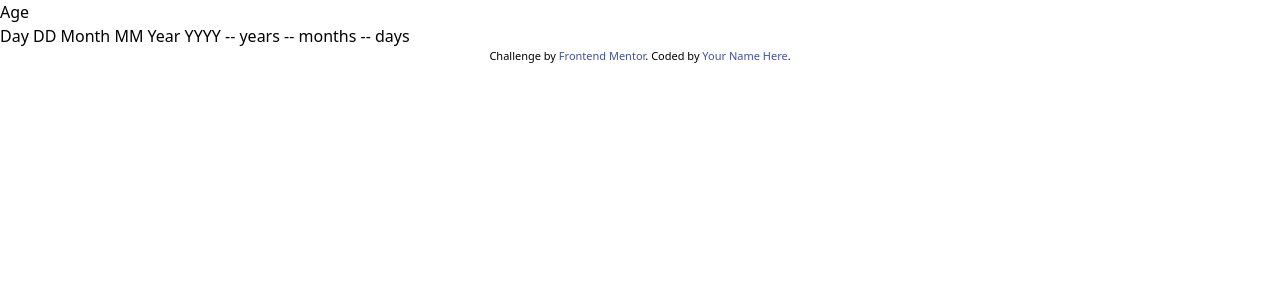
Repository: blordeus/age-calculator-app-main
Page: index.html
An editor plug-in stored every save of this project. The page is shown before and after the next save, followed by the edit.
The browser window is 1280 px wide. The pictures show the whole page.

Above is the page before, as saved 2023-08-25 19:48:55.

After the next save:
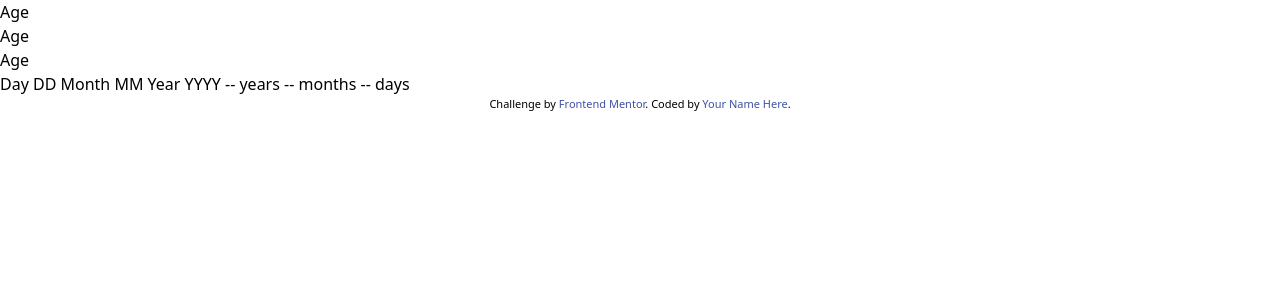
Saved 13 s later.
--- a/index.html
+++ b/index.html
@@ -15,6 +15,16 @@
     <div class="card-container">
       <form>
         <div class="form_container">
+          <div class="block">
+            <label for="age">Age</label>
+            <input type="text" id="age">
+            <small></small>
+          </div>
+          <div class="block">
+            <label for="age">Age</label>
+            <input type="text" id="age">
+            <small></small>
+          </div>
           <div class="block">
             <label for="age">Age</label>
             <input type="text" id="age">
